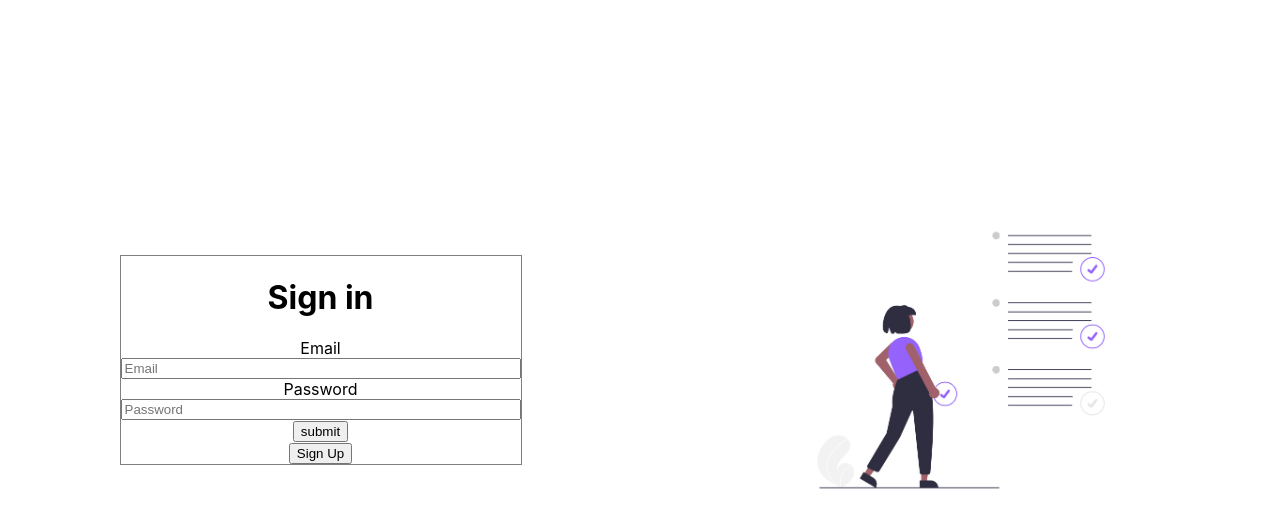
Repository: EEOOOO/wanted-pre-onboarding-fe
Page: / (app in to-do-list-app/)
These files come from the project's save history. The page is drawn as it stood at one moment and after the next save; the edit follows.
The browser window is 1280 px wide. The pictures show the whole page.
The project was rebuilt for these pictures with package versions that can differ from the ones it lists, and the page was loaded fresh each time. Also part of the build but not shown: to-do-list-app/src/components/sign_in/sign_in.module.css, to-do-list-app/src/components/sign_up/sign_up.module.css, to-do-list-app/src/components/sign_up/sign_up.jsx, to-do-list-app/src/components/todoList/todo_list.jsx.

Above is the page before, as saved 2022-08-22 00:03:57.

After the next save:
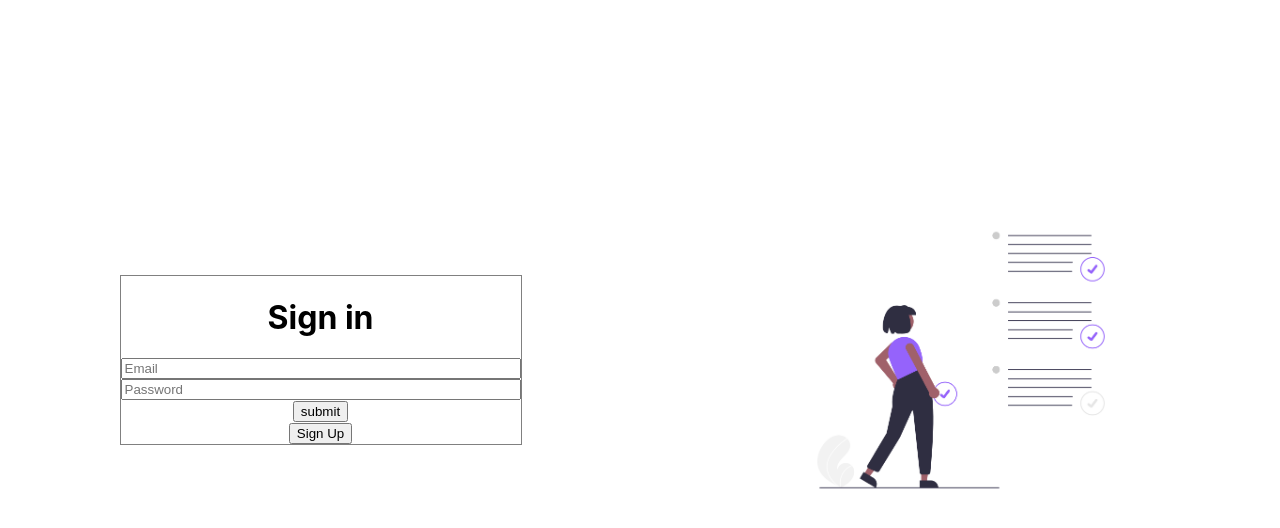
Saved 36 s later.
--- a/to-do-list-app/src/components/login_input_form/login_input_form.jsx
+++ b/to-do-list-app/src/components/login_input_form/login_input_form.jsx
@@ -4,14 +4,12 @@ const LoginInputForm = ({handleSubmit}) => {
     return (
     <form className={style.inputForm} onSubmit={handleSubmit}>
         <div className={style.email}>
-            <label className={style.titleEmail}>Email</label>
             <input
             type="text"
             className={style.inputEmail}
             placeholder='Email'></input>
         </div>
         <div className={style.password}>
-            <label className={style.titlePassword}>Password</label>
             <input
             type="text"
             className={style.inputPassWord}
